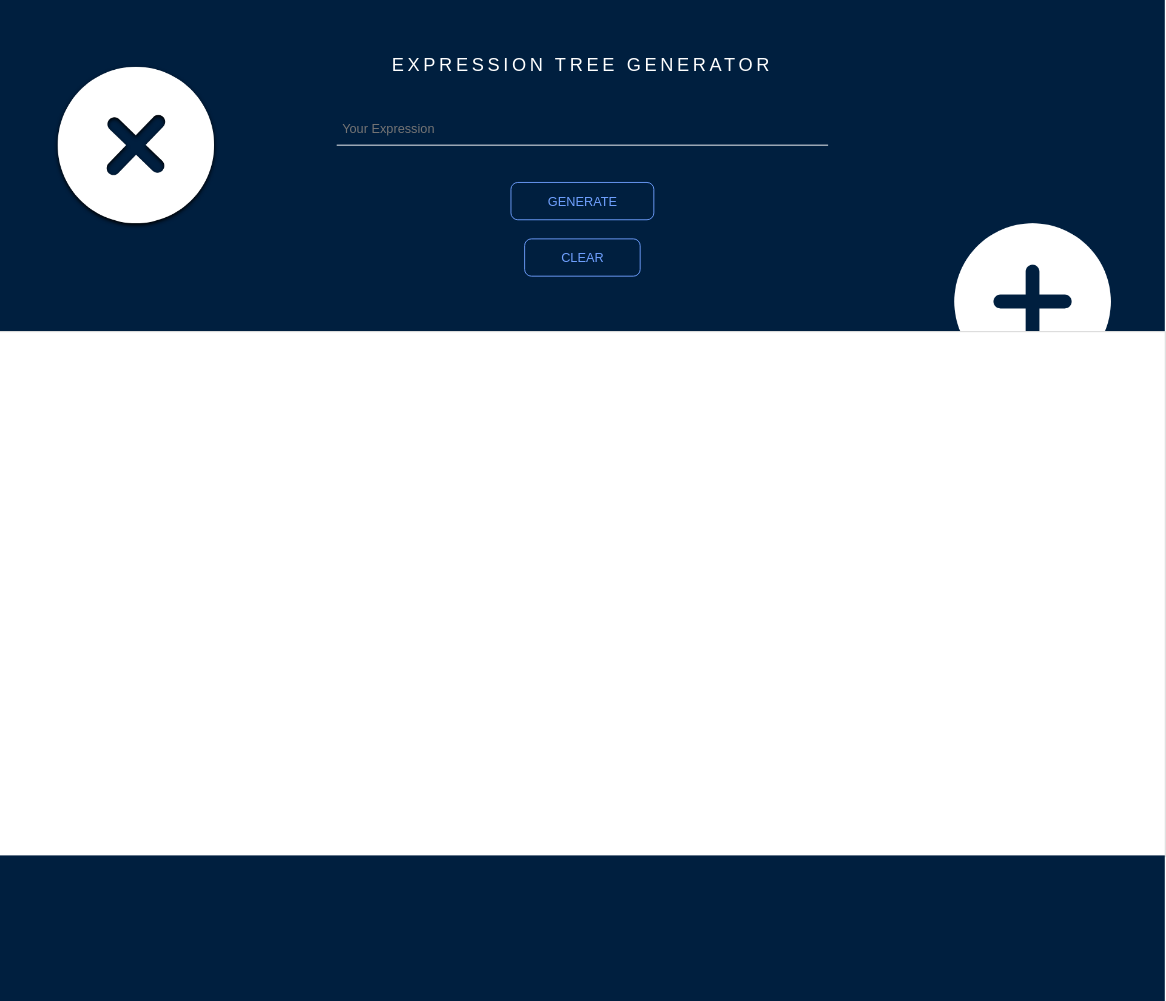
Repository: lnogueir/expression-tree-gen
Page: index.html
These files come from the project's save history. The page is drawn as it stood at one moment and after the next save; the edit follows.
The browser window is 1280 px wide. The page is 1281 px wide, so the pictures cover 1281 px, including what lies to the right of the window. The pictures show the whole page, at 91% of full size.

Above is the page before, as saved 2020-03-15 19:42:49.

After the next save:
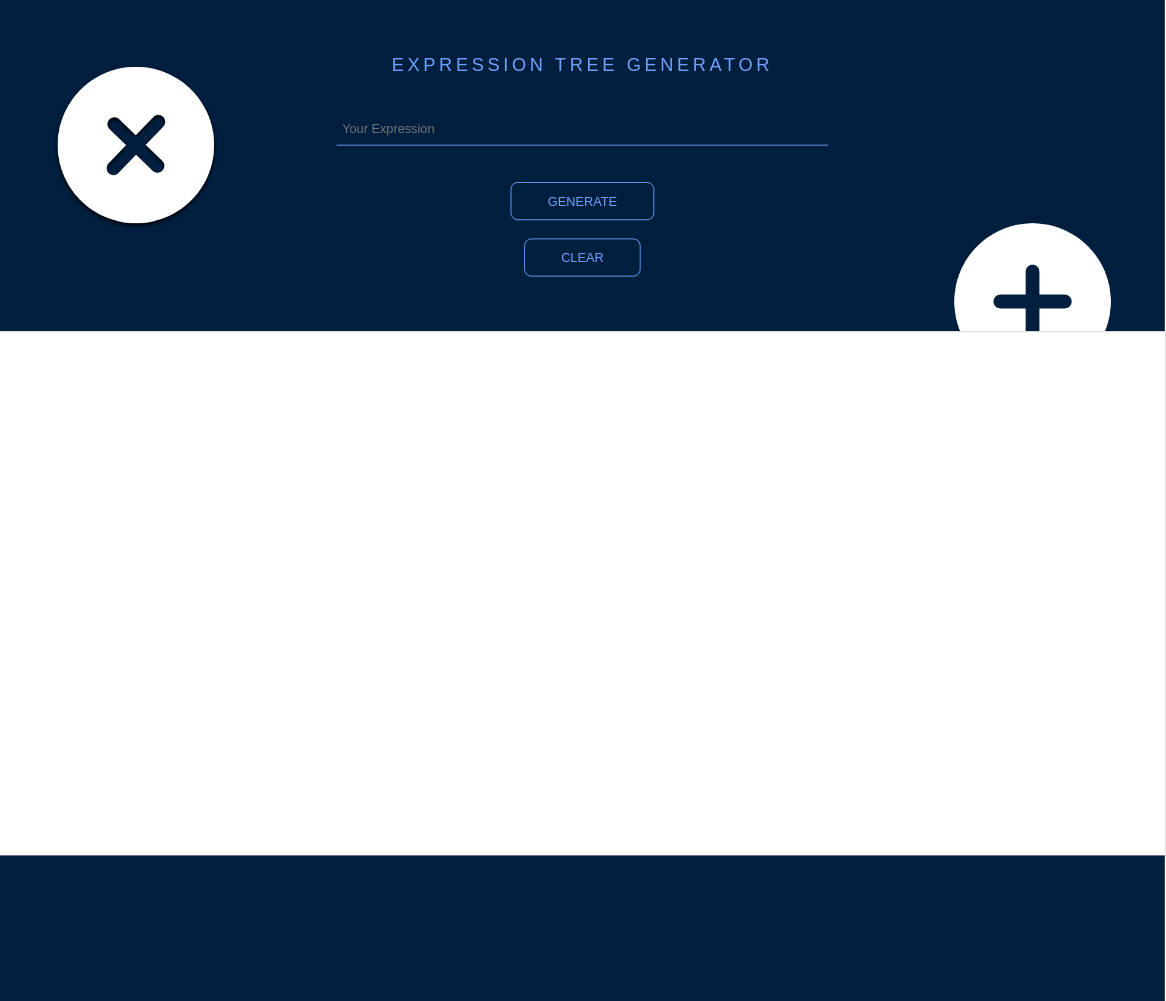
Saved 57 s later.
--- a/app.css
+++ b/app.css
@@ -19,7 +19,7 @@
 
   .contact-section h1{
     font-size: 20px;
-    color: #FFF;
+    color: #70a1ff;
     margin-bottom: 40px;
     text-transform: uppercase;
     letter-spacing: 4px;
@@ -31,7 +31,7 @@
     border:none;
     outline: none;
     border-bottom: 1px solid;
-    color: #FFF;
+    color: #70a1ff;
     padding: 10px 6px;
     font-size: 14px;
     margin-bottom: 40px;
